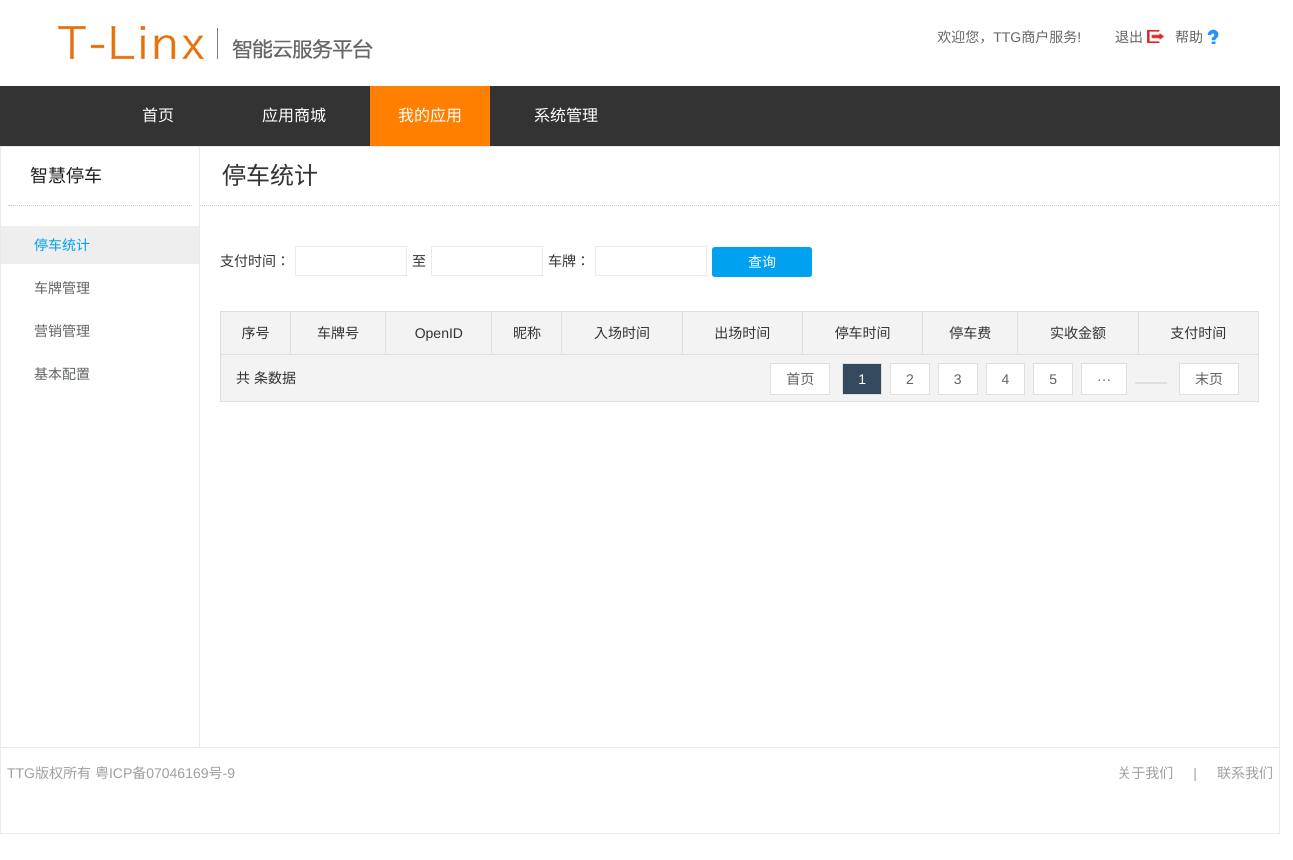
Repository: Keori/ParkCar
Page: admin/商户云/智慧停车/ParkManage.html
The author's editor kept a copy of each file at every save. The page is drawn from the files as they stood at one save, then again after the next save.
The browser window is 1280 px wide. The page is 1293 px wide, so the pictures cover 1293 px, including what lies to the right of the window. The pictures show the whole page.
The page's requests for data from a server got no answer.

Above is the page before, as saved 2018-12-24 10:12:30.

After the next save:
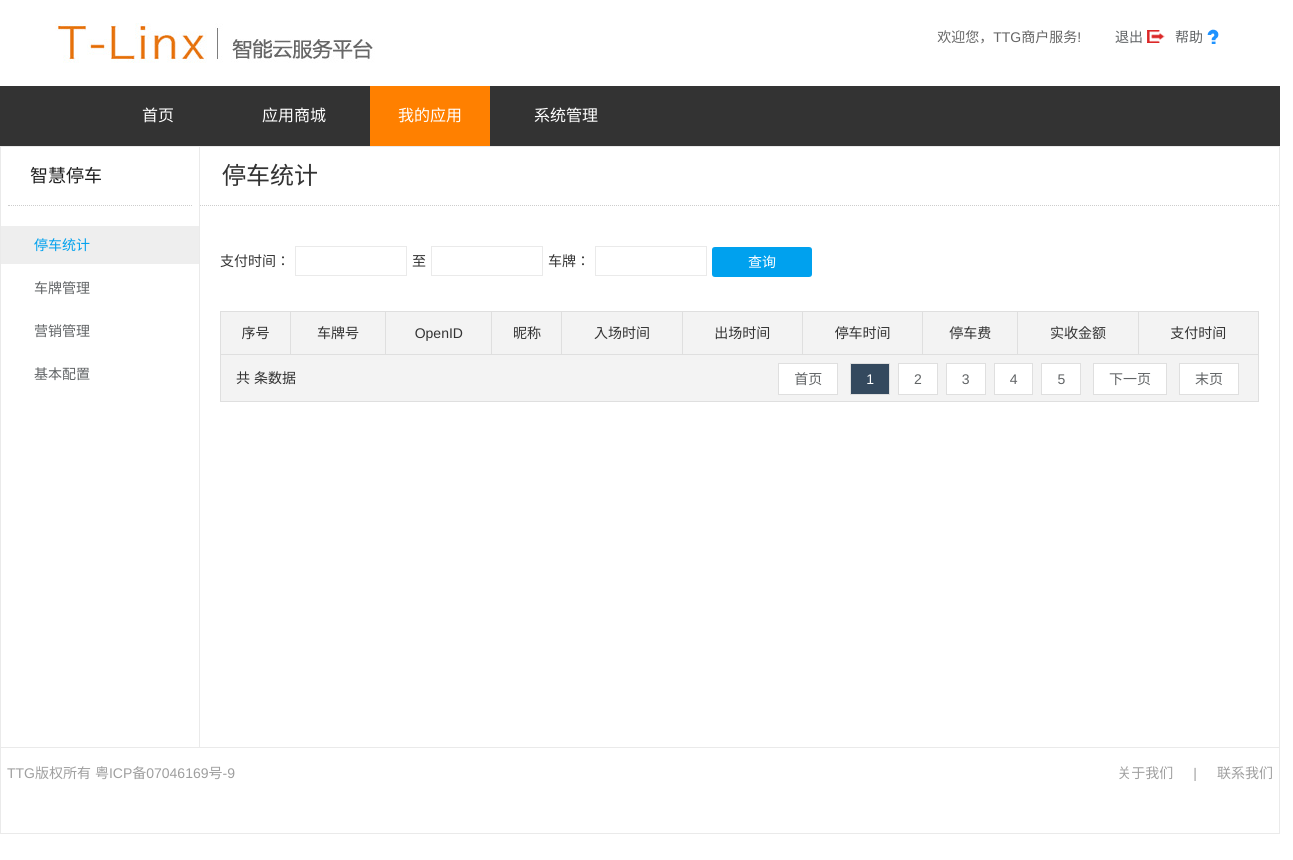
Saved 20 s later.
--- a/admin/商户云/智慧停车/ParkManage.html
+++ b/admin/商户云/智慧停车/ParkManage.html
@@ -133,7 +133,7 @@
             return{
                 current: 0,
                 showItem:5,
-                allpage:'',
+                allpage:13,
                 type: false,
                 changeGray: '',
                 filterSearch:{
@@ -147,15 +147,15 @@
         },
         computed:{
             items(){
-                const current = this.pages.currPage
-                const allpage = this.pages.totalPage
-                if(current){
-                    return [current]
-                }else if(current >=6){
-                    return ['···',current-1,current,current+1,'···',allpage]
-                }else{
-                    return [1,2,3,4,5,'···',allpage]
-                }
+                // const c = this.pages.currPage
+                // const t = this.pages.totalPage
+                // if(c){
+                //     return [1,2,3,4,5]
+                // }else if(c >=6){
+                //     return ['···',c-1,c,c+1,'···',t]
+                // }else{
+                //     return [1,2,3,4,5,'···',t]
+                // }
                 let pag = [];
                 if( this.current < this.showItem ){
                     let i = Math.min(this.showItem,this.allpage);
